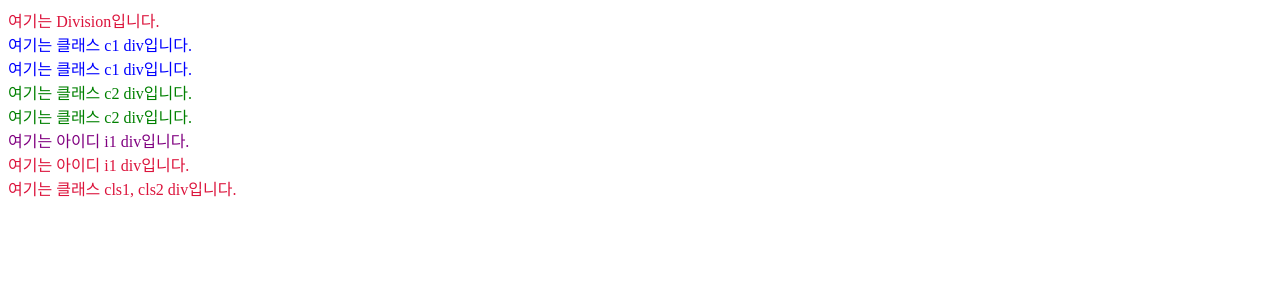
Repository: XenosJM/WEB_CODES
Page: Web02_CSS/src/main/webapp/03_selector.html
These files come from the project's save history. The page is drawn as it stood at one moment and after the next save; the edit follows.
The browser window is 1280 px wide. The pictures show the whole page.

Above is the page before, as saved 2024-03-19 07:13:04.

After the next save:
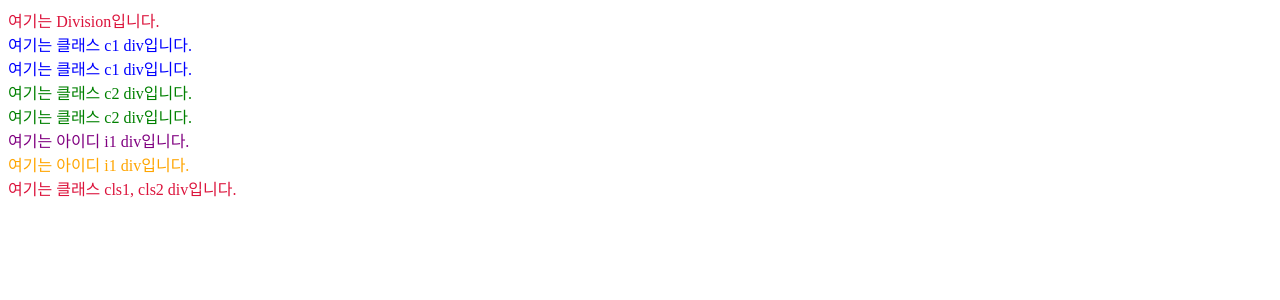
Saved 13 s later.
--- a/Web02_CSS/src/main/webapp/03_selector.html
+++ b/Web02_CSS/src/main/webapp/03_selector.html
@@ -23,6 +23,10 @@ div {
 	color : purple;
 }
 
+#i2 {
+	color : orange;
+}
+
 </style>
 
 </head>
